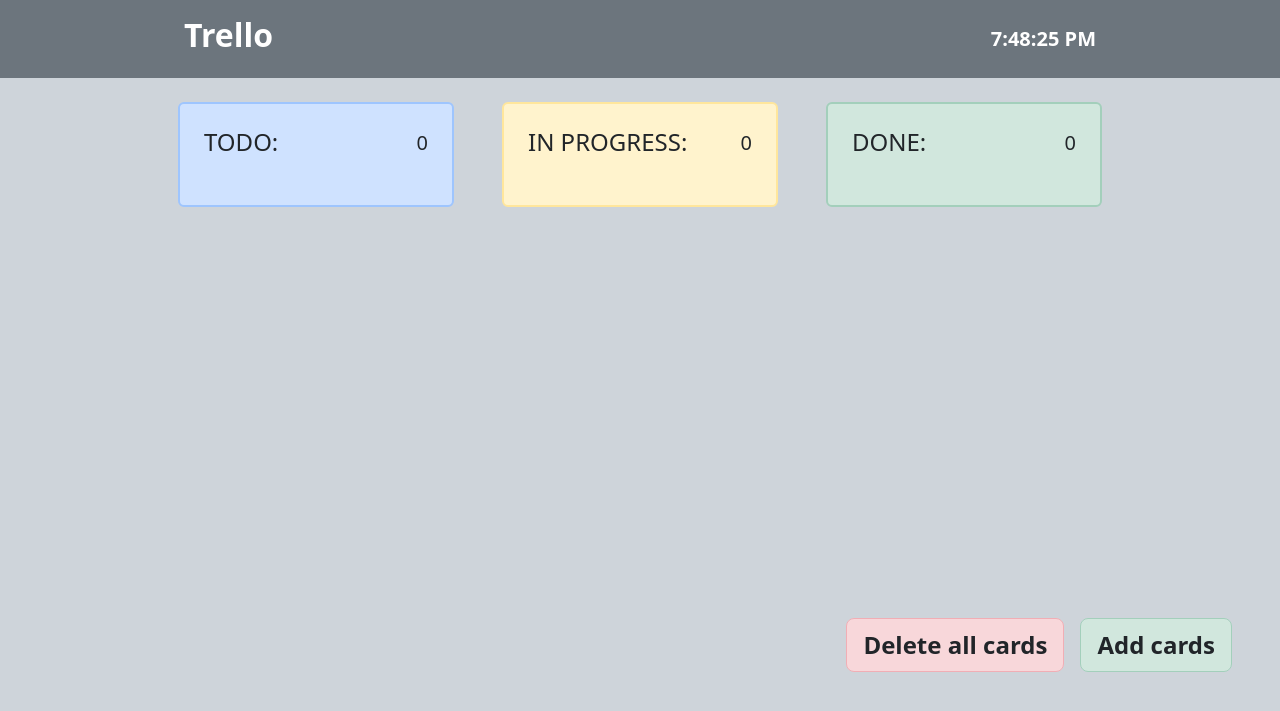
Repository: Valeria154/trello-app-clone
Page: / (app in trello-app-project/)
These files come from the project's save history. The page is drawn as it stood at one moment and after the next save; the edit follows.
The browser window is 1280 px wide. The pictures show the whole page.
The project was rebuilt for these pictures with package versions that can differ from the ones it lists, and the page was loaded fresh each time. Also part of the build but not shown: trello-app-project/vite.config.js.

Above is the page before, as saved 2025-03-15 20:47:21.

### trello-app-project/src/index.html
<!doctype html>
<html lang="en">

<head>
	<meta charset="UTF-8" />
	<meta name="viewport" content="width=device-width, initial-scale=1.0" />
	<title>Trello</title>
	<script type="module" src="./main.js"></script>
</head>

<body class="bg-dark-subtle">
	<header class="bg-secondary p-3">
		<div class="container d-flex justify-content-between align-items-center mx-autox w-75">
			<h1 class="fs-2 fw-bold text-white">Trello</h1>
			<div class="fs-5 fw-semibold text-white" id="clock"></div>
		</div>
	</header>
	<main class="p-4">
		<div class="container text-center w-75">
			<div class="row align-items-start mb-6 gap-5">
				<!-- TODO -->
				<div class="col border border-primary-subtle border-2 rounded-2 text-dark p-4 bg-primary-subtle">
					<div class="d-flex justify-content-between mb-3">
						<h4>TODO:</h4>
						<div id="todoCount" class="fs-5">0</div>
					</div>
					<div id="todo"></div>
				</div>
				<!-- In progress -->
				<div class="col border border-warning-subtle border-2 rounded-2 text-dark p-4 bg-warning-subtle">
					<div class="d-flex justify-content-between mb-3">
						<h4>IN PROGRESS:</h4>
						<div id="progressCount " class="fs-5">0</div>
					</div>
					<div id="progress"></div>
				</div>
				<!-- Done -->
				<div class="col border border-success-subtle border-2 rounded-2 text-dark p-4 bg-success-subtle">
					<div class="d-flex justify-content-between mb-3">
						<h4>DONE:</h4>
						<div id="doneCount" class="fs-5">0</div>
					</div>
					<div id="done"></div>
				</div>
			</div>
			<div class="d-grid gap-2 d-md-flex justify-content-md-end position-fixed bottom-0 end-0 p-5">
				<button class="btn btn-lg bg-danger-subtle border-danger-subtle me-md-2 fs-4 fw-semibold" type="button"
					id="deleteAllBtn">Delete all
					cards</button>
				<button id="addCardBtn" class="btn btn-lg bg-success-subtle border-success-subtle fs-4 fw-semibold"
					type="button">Add
					cards</button>
			</div>
			<!-- Modal form -->
			<div id="modalFormContainer"
				class="d-flex justify-content-center align-items-center position-fixed top-0 start-0 w-100 p-4"
				style="z-index: 2">
				<!-- <form class="p-4 border rounded bg-light text-start fw-semibold w-50 position-relative">
					<div class="mb-3">
						<label for="titile" class="form-label fs-5">Title</label>
						<input type="text" class="form-control" id="title" placeholder="Enter todo...">
					</div>
					<div class="mb-3">
						<label for="description" class="form-label fs-5">Description</label>
						<textarea class="form-control p-2 rounded-3" id="description" rows="6"
							placeholder="Write description"></textarea>
					</div>
					<div class="mb-3">
						<label for="user" class="form-label fs-5">User </label>
						<select id="user" class="form-select">
							<option selected value="">Choose user</option>
							<option value="Amelia">Amelia</option>
							<option value="Mary">Mary</option>
							<option value="Thomas">Thomas</option>
							<option value="Harry">Harry</option>
							<option value="Susan">Susan</option>
						</select>
					</div>
					<button type="submit" class="btn btn-primary bg-secondary bg-gradient border-secondary">Add card
						TODO</button>
					<button type="button" class="btn-close position-absolute top-0 end-0 me-4 mt-4"
						aria-label="close"></button>
				</form>
			</div> -->
			</div>
	</main>

</body>

</html>

### trello-app-project/src/main.js
import './style.scss'
// import javascriptLogo from './javascript.svg'
// import viteLogo from '/vite.svg'

const clockElement = document.querySelector('#clock')
const addCardElement = document.querySelector('#addCardBtn')
const modalFormElement = document.querySelector('#modalFormContainer')

//функция, которая отражает часы
function showClock() {
	clockElement.textContent = new Date().toLocaleTimeString()
}
setInterval(showClock, 1000)
showClock()


//открытие модального окна после клика
addCardElement.addEventListener('click', handleClickButtonAddCard)

function handleClickButtonAddCard() {
	toggleModal(modalFormElement)
	modalFormElement.innerHTML = buildModalForm()
}

function toggleModal(modal) {
	modal.classList.toggle('show'); // Переключает класс "show", отвечающий за видимость
}
function buildModalForm() {
	return `
				<form class="p-4 border rounded bg-light text-start fw-semibold w-50 position-relative">
					<div class="mb-3">
						<label for="title" class="form-label fs-5">Title</label>
						<input type="text" class="form-control" id="title" placeholder="Enter todo...">
					</div>
					<div class="mb-3">
						<label for="description" class="form-label fs-5">Description</label>
						<textarea class="form-control p-2 rounded-3" id="description" rows="6"
							placeholder="Write description"></textarea>
					</div>
					<div class="mb-3">
						<label for="user" class="form-label fs-5">User </label>
						<select id="user" class="form-select">
							<option selected value="">Choose user</option>
							<option value="Amelia">Amelia</option>
							<option value="Mary">Mary</option>
							<option value="Thomas">Thomas</option>
							<option value="Harry">Harry</option>
							<option value="Susan">Susan</option>
						</select>
					</div>
					<button type="submit" class="btn btn-primary bg-secondary bg-gradient border-secondary">Add card TODO</button>
					<button type="button" class="btn-close position-absolute top-0 end-0 me-4 mt-4" aria-label="close"></button>
				</form>
	`

}

Loaded but not shown: trello-app-project/src/style.scss (common file)

After the next save:
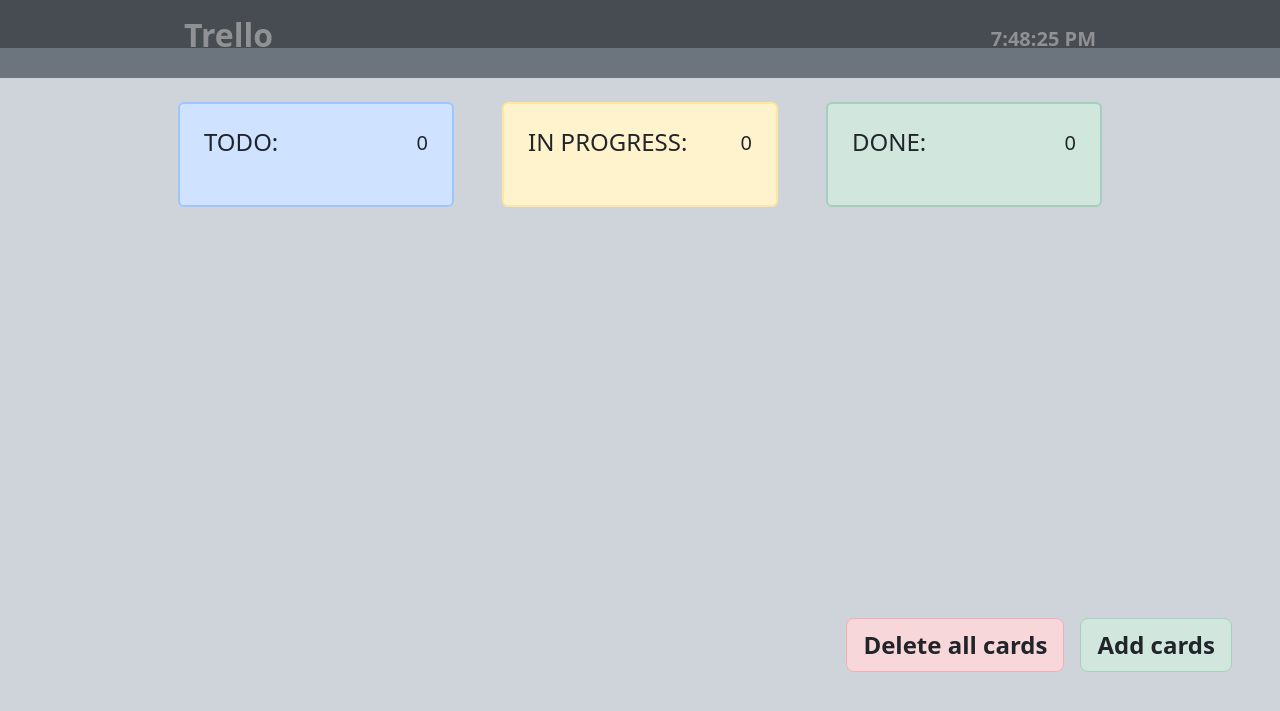
Saved 15 s later.
--- a/trello-app-project/src/index.html
+++ b/trello-app-project/src/index.html
@@ -53,7 +53,7 @@
 			</div>
 			<!-- Modal form -->
 			<div id="modalFormContainer"
-				class="d-flex justify-content-center align-items-center position-fixed top-0 start-0 w-100 p-4"
+				class="d-flex justify-content-center align-items-center position-fixed top-0 start-0 w-100 p-4 bg-dark bg-opacity-50"
 				style="z-index: 2">
 				<!-- <form class="p-4 border rounded bg-light text-start fw-semibold w-50 position-relative">
 					<div class="mb-3">

After the 2 saves that followed:
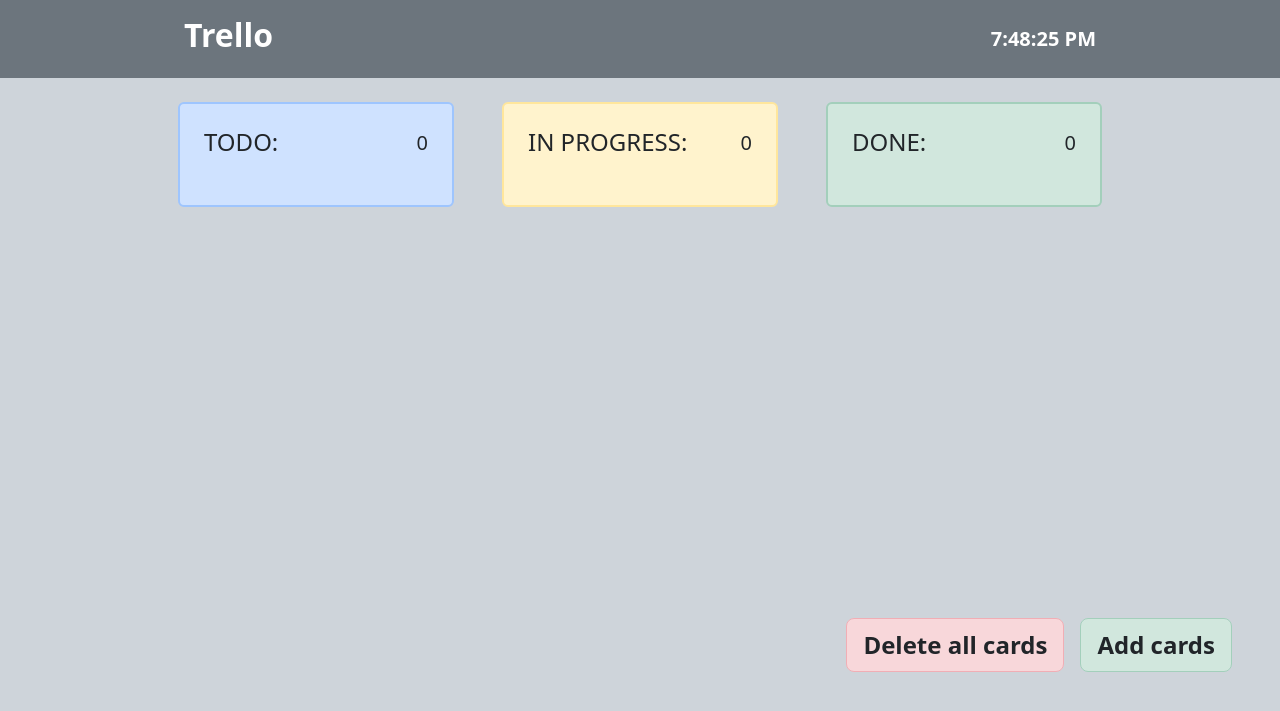
The 2 saves are shown as one change because 1 left the picture as it was.
The last was saved 60 s later.
--- a/trello-app-project/src/index.html
+++ b/trello-app-project/src/index.html
@@ -53,8 +53,8 @@
 			</div>
 			<!-- Modal form -->
 			<div id="modalFormContainer"
-				class="d-flex justify-content-center align-items-center position-fixed top-0 start-0 w-100 p-4 bg-dark bg-opacity-50"
-				style="z-index: 2">
+				class="d-flex justify-content-center align-items-center position-fixed top-0 start-0 w-100 p-4"
+				style="z-index: 20">
 				<!-- <form class="p-4 border rounded bg-light text-start fw-semibold w-50 position-relative">
 					<div class="mb-3">
 						<label for="titile" class="form-label fs-5">Title</label>
